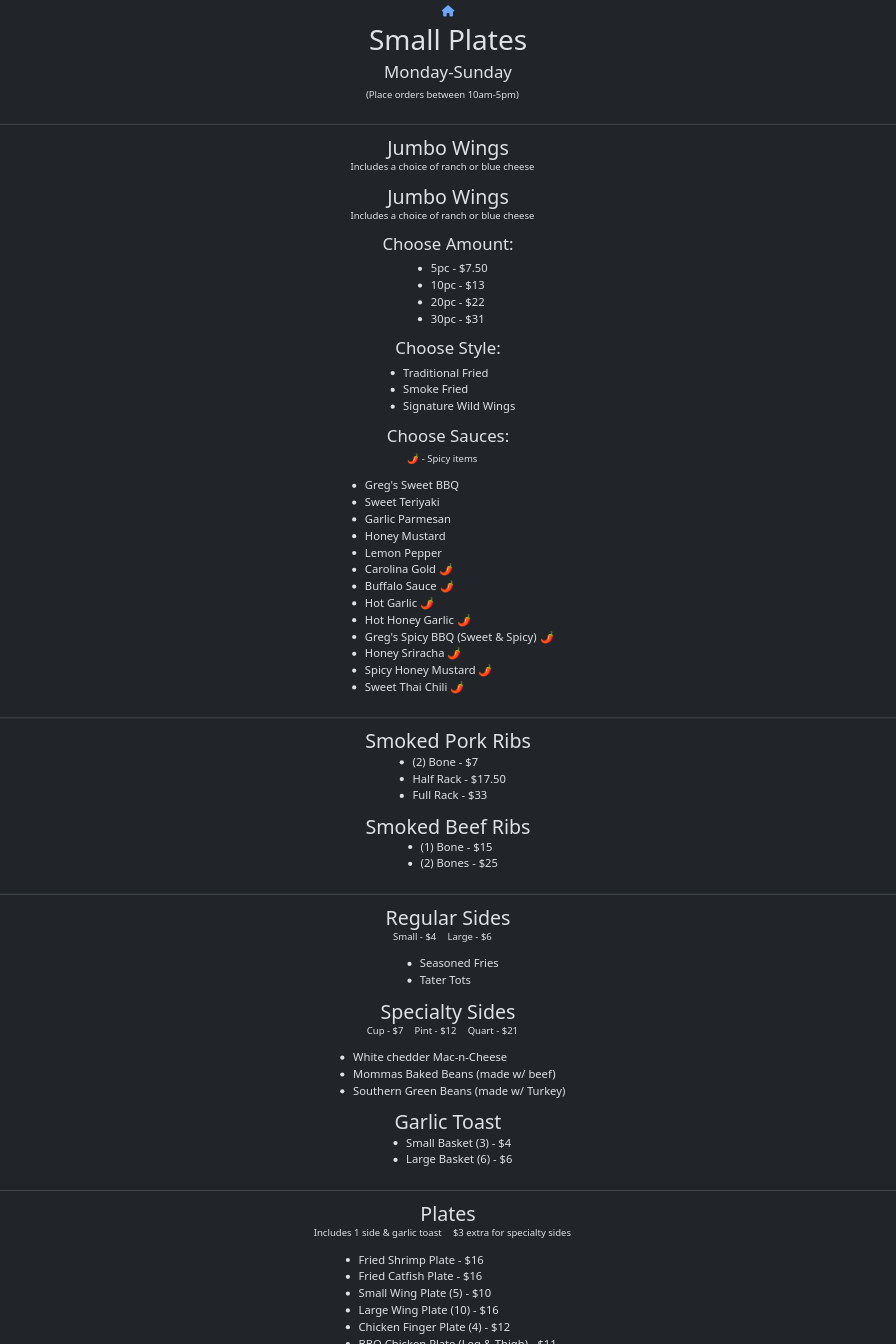
Repository: dukedward/smokehousemenu
Page: plates/index.html
The author's editor kept a copy of each file at every save. The page is drawn from the files as they stood at one save, then again after the next save.
The browser window is 1280 px wide. The pictures show the part of the page from y = 0 to 1920 px (the page is 2642 px tall before and 2675 px after), at 70% of full size.
Some web libraries are served in a nearby version.

Above is the page before, as saved 2023-03-06 12:01:16.

### plates/index.html
<!DOCTYPE html>
<html lang="en" data-bs-theme="dark">
<head>
    <meta charset="UTF-8">
    <meta http-equiv="X-UA-Compatible" content="IE=edge">
    <meta name="viewport" content="width=device-width, initial-scale=1.0">
    <link rel="stylesheet" href="https://cdnjs.cloudflare.com/ajax/libs/font-awesome/6.3.0/css/all.min.css" integrity="sha512-SzlrxWUlpfuzQ+pcUCosxcglQRNAq/DZjVsC0lE40xsADsfeQoEypE+enwcOiGjk/bSuGGKHEyjSoQ1zVisanQ==" crossorigin="anonymous" referrerpolicy="no-referrer" />
    <link href="https://cdn.jsdelivr.net/npm/bootstrap@5.3.0-alpha1/dist/css/bootstrap.min.css" rel="stylesheet" integrity="sha384-GLhlTQ8iRABdZLl6O3oVMWSktQOp6b7In1Zl3/Jr59b6EGGoI1aFkw7cmDA6j6gD" crossorigin="anonymous">
    <link rel="stylesheet" href="../style.css" />
    <link rel="shortcut icon" href="../images/favicon.ico" type="image/x-icon">
    <title>Small Plates</title>
</head>
<body>
    <div class="title">
        <a href="/">
            <i class="fa-solid fa-house mt-2 mb-2"></i>
        </a>
        <h1>Small Plates</h1>
        <h4>Monday-Sunday</h4>
        <p>(Place orders between 10am-5pm)</p>
    </div>
    <hr>
    <div class="sections">
        <div class="sect">
            <h3>Jumbo Wings</h3>
            <div class="desc">
                <p>Includes a choice of ranch or blue cheese</p>
            </div>
            <div class="sub-sect">
                <h4>Choose Amount:</h4>
                <ul>
                    <li>5pc - $7.50</li>
                    <li>10pc - $13</li>
                    <li>20pc - $22</li>
                    <li>30pc - $31</li>
                </ul>
            </div>
            <div class="sub-sect">
                <h4>Choose Style:</h4>
                <ul>
                    <li>Traditional Fried</li>
                    <li>Smoke Fried</li>
                    <li>Signature Wild Wings</li>
                </ul>
            </div>
            <div class="sub-sect">
                <h4>Choose Sauces:</h4>
                <div class="desc">
                    <p>🌶️ - Spicy items</p>
                </div>
                <ul>
                    <li>Greg's Sweet BBQ</li>
                    <li>Sweet Teriyaki</li>
                    <li>Garlic Parmesan</li>
                    <li>Honey Mustard</li>
                    <li>Lemon Pepper</li>
                    <li>Carolina Gold 🌶️</li>
                    <li>Buffalo Sauce 🌶️</li>
                    <li>Hot Garlic 🌶️</li>
                    <li>Hot Honey Garlic 🌶️</li>
                    <li>Greg's Spicy BBQ (Sweet & Spicy) 🌶️</li>
                    <li>Honey Sriracha 🌶️</li>
                    <li>Spicy Honey Mustard 🌶️</li>
                    <li>Sweet Thai Chili 🌶️</li>
                </ul>
            </div>
        </div>
        <hr>
        <div class="sect">
            <h3>Smoked Pork Ribs</h3>
            <ul>
                <li>(2) Bone - $7</li>
                <li>Half Rack - $17.50</li>
                <li>Full Rack - $33</li>
            </ul>
            <h3>Smoked Beef Ribs</h3>
            <ul>
                <li>(1) Bone - $15</li>
                <li>(2) Bones - $25</li>
            </ul>
        </div>
        <hr>
        <div class="sect">
            <h3>Regular Sides</h3>
            <div class="desc">
                <p>Small - $4</p>
                <p>Large - $6</p>
            </div>
            <ul>
                <li>Seasoned Fries</li>
                <li>Tater Tots</li>
            </ul>
            <h3>Specialty Sides</h3>
            <div class="desc">
                <p>Cup - $7</p>
                <p>Pint - $12</p>
                <p>Quart - $21</p>
            </div>
            <ul>
                <li>White chedder Mac-n-Cheese</li>
                <li>Mommas Baked Beans (made w/ beef)</li>
                <li>Southern Green Beans (made w/ Turkey)</li>
            </ul>
            <h3>Garlic Toast</h3>
            <ul>
                <li>Small Basket (3) - $4</li>
                <li>Large Basket (6) - $6</li>
            </ul>
        </div>
        <hr>
        <div class="sect">
            <h3>Plates</h3>
            <div class="desc">
                <p>Includes 1 side & garlic toast</p>
                <p>$3 extra for specialty sides</p>
            </div>
            <ul>
                <li>Fried Shrimp Plate - $16</li>
                <li>Fried Catfish Plate - $16</li>
                <li>Small Wing Plate (5) - $10</li>
                <li>Large Wing Plate (10) - $16</li>
                <li>Chicken Finger Plate (4) - $12</li>
                <li>BBQ Chicken Plate (Leg & Thigh) - $11</li>
                <li>Fried Chicken Plate (Leg & Thigh) - $12</li>
                <li>Pulled Pork (1/2 lb) - $13</li>
                <li>Pork Rib Plate (4) - $15</li>
                <li>Beef Short Rib Plate (1/2 lb) - $20</li>
                <li>Smoked Sausage (1 lb Sliced) - $12</li>
            </ul>
        </div>
        <hr>
        <div class="sect">
            <h3>Sandwiches</h3>
            <div class="desc">
                <p>Includes one side</p>
            </div>
            <ul>
                <li>Chicken Sandwich - $13</li>
                <li>Short Rib Sandwich - $18</li>
                <li>Sausage & Peppers Pork - $15</li>
                <li>Cheese Burger - $11</li>
            </ul>
            <h3>Sliders</h3>
            <div class="desc">
                <p>Includes one side and sauce of choice</p>
            </div>
            <ul>
                <li>Chicken Sliders - $12</li>
                <li>Pulled Pork Sliders - $14</li>
                <li>Beef Short Rib Sliders - $16</li>
                <li>Mix-n-Match Sliders - $15</li>
            </ul>
        </div>
        <hr>
        <div class="sect">
            <h3>Add Ons</h3>
            <ul>
                <li>Side Shrimp (1/4 lb) - $7</li>
                <li>Catfish (1) - $7</li>
                <li>Chicken Finger (1) - $3</li>
                <li>Pork Sausage (1) - $7</li>
            </ul>
        </div>
    </div>
    <script src="https://cdn.jsdelivr.net/npm/bootstrap@5.3.0-alpha1/dist/js/bootstrap.bundle.min.js" integrity="sha384-w76AqPfDkMBDXo30jS1Sgez6pr3x5MlQ1ZAGC+nuZB+EYdgRZgiwxhTBTkF7CXvN" crossorigin="anonymous"></script>
    <script src="../script.js"></script>
</body>
</html>

### style.css
.container {
    height: 100vh;
}

.title {
	display: flex;
	flex-direction: column;
	justify-content: center;
	align-items: center;
}

.sections {
	display: grid;
}

.sect, .sub-sect {
	display: flex;
	flex-direction: column;
	justify-content: left;
	align-items: center;
}

.sect h2,h3 {
    margin-bottom: 0;
}

.desc {
    display: flex;
    flex-direction: row;
    justify-content: space-between;
}

.desc p,.title p {
    padding-right: 1rem;
    font-size: .85rem;
}

### script.js
// Collecting DOM Elements
const sections = document.querySelector('.sections');
// const x = document.querySelector('');
// const x = document.querySelector('');
// const x = document.querySelector('');
// const x = document.querySelector('');
// const x = document.querySelector('');
// const x = document.querySelector('');

// API Data
const categories = [
    {
        name: 'Jumbo Wings',
        description: [
            {
                text: 'Includes a choice of ranch or blue cheese',
            },
        ],
    },
];
const products = [
    {
        name: 'Greg\'s Spicy BBQ (Sweet & Spicy) 🌶️',
        image: '',
        price: 0,
        category: '640533ab345c72c36a197c35'
    },
];
const subCategories = [
    {
        name: 'Choose Sauces',
        description: [
            {
                text: '🌶️ - Spicy Items',
            },
        ],
        category: {
            _id: '640533ab345c72c36a197c35',
        },
    },
];

document.body.onload = addElement;

function addElement() {
  // create a new div element
  const newDiv = document.createElement("div");
  newDiv.className = 'sect'

  // and give it some content
  const newTitle = document.createElement("h3");
  newTitle.innerHTML = categories[0].name

  const newDesc = document.createElement("div");
  newDesc.className = 'desc'
  const newText = document.createElement('p')
  newText.innerHTML = categories[0].description[0].text
  newDesc.appendChild(newText)

  // add the text node to the newly created div
  newDiv.appendChild(newTitle);
  newDiv.appendChild(newDesc);

  // add the newly created element and its content into the DOM
  const currentDiv = document.querySelector(".sections");
  document.body.insertBefore(newDiv, currentDiv);
}

After the next save:
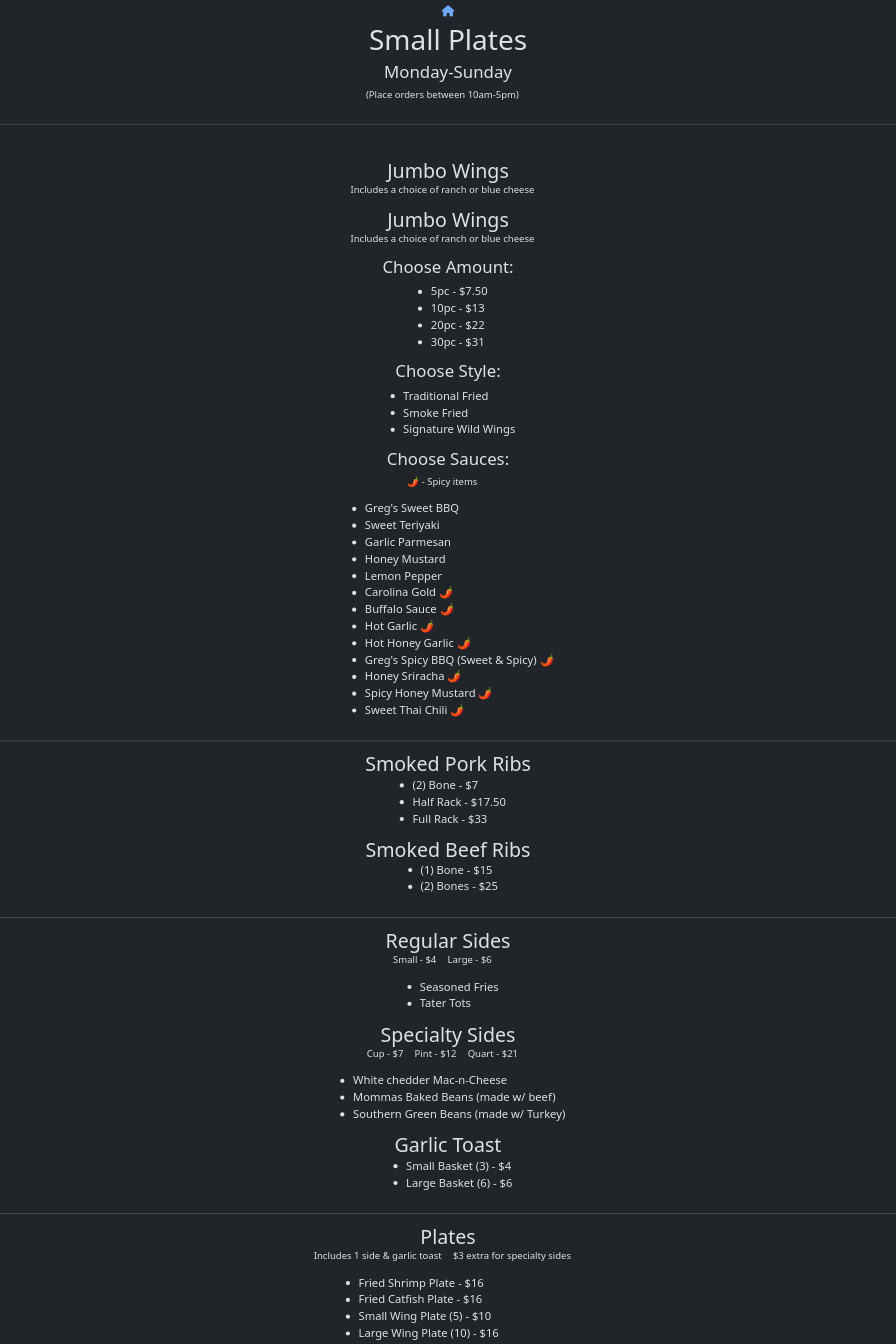
Saved 100 s later.
--- a/script.js
+++ b/script.js
@@ -43,25 +43,28 @@ const subCategories = [
 document.body.onload = addElement;
 
 function addElement() {
-  // create a new div element
-  const newDiv = document.createElement("div");
-  newDiv.className = 'sect'
+    // create a new div element
+    const newDiv = document.createElement("div");
+    newDiv.className = 'sect'
 
-  // and give it some content
-  const newTitle = document.createElement("h3");
-  newTitle.innerHTML = categories[0].name
+    // and give it some content
+    const lineBreak = document.createElement("hr")
 
-  const newDesc = document.createElement("div");
-  newDesc.className = 'desc'
-  const newText = document.createElement('p')
-  newText.innerHTML = categories[0].description[0].text
-  newDesc.appendChild(newText)
+    const newTitle = document.createElement("h3");
+    newTitle.innerHTML = categories[0].name
 
-  // add the text node to the newly created div
-  newDiv.appendChild(newTitle);
-  newDiv.appendChild(newDesc);
+    const newDesc = document.createElement("div");
+    newDesc.className = 'desc'
+    const newText = document.createElement('p')
+    newText.innerHTML = categories[0].description[0].text
+    newDesc.appendChild(newText)
 
-  // add the newly created element and its content into the DOM
-  const currentDiv = document.querySelector(".sections");
-  document.body.insertBefore(newDiv, currentDiv);
+    // add the text node to the newly created div
+    newDiv.appendChild(lineBreak)
+    newDiv.appendChild(newTitle);
+    newDiv.appendChild(newDesc);
+
+    // add the newly created element and its content into the DOM
+    const currentDiv = document.querySelector(".sections");
+    document.body.insertBefore(newDiv, currentDiv);
 }
